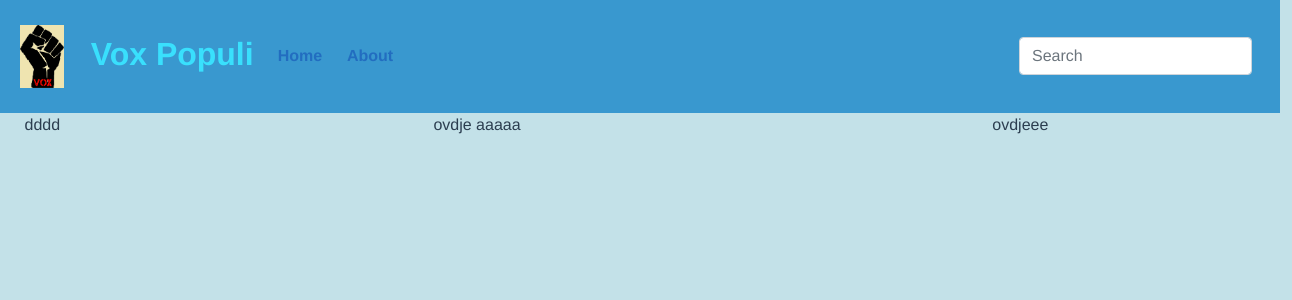
Repository: mseparov/vox-populi
Page: / (app in vox-populi/)
An editor plug-in stored every save of this project. The page is shown before and after the next save, followed by the edit.
The browser window is 1280 px wide. The page is 1292 px wide, so the pictures cover 1292 px, including what lies to the right of the window. The pictures show the whole page.
The project was rebuilt for these pictures with package versions that can differ from the ones it lists, and the page was loaded fresh each time.

Above is the page before, as saved 2021-08-21 17:45:53.

After the next save:
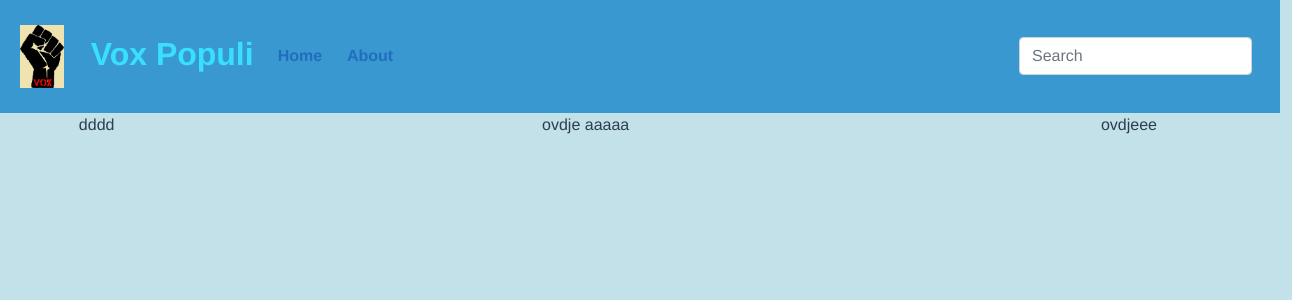
Saved 6 min 17 s later.
--- a/vox-populi/src/views/Home.vue
+++ b/vox-populi/src/views/Home.vue
@@ -2,7 +2,7 @@
 
   <div class="row">
 
-    <div class="col-1">
+    <div class="col-2">
       dddd
     </div>
 
